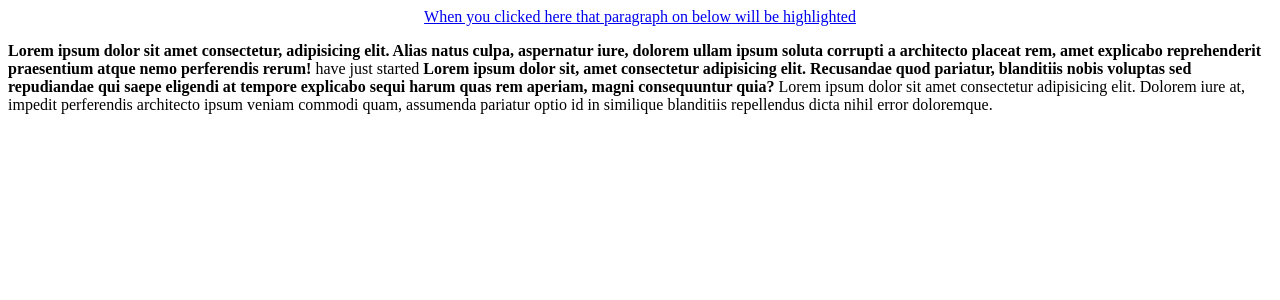
Repository: HoangDuy315/web-dev2022
Page: hw151022/ex2/ex2.5/index.html
An editor plug-in stored every save of this project. The page is shown before and after the next save, followed by the edit.
The browser window is 1280 px wide. The pictures show the whole page.

Above is the page before, as saved 2022-10-15 15:30:09.

### hw151022/ex2/ex2.5/index.html
<html lang="en">
  <head>
    <meta charset="UTF-8" />
    <meta http-equiv="X-UA-Compatible" content="IE=edge" />
    <meta name="viewport" content="width=device-width, initial-scale=1.0" />
    <link rel="stylesheet" href="./style.css" />
    <title>Document</title>
  </head>
  <body>
    <p class="para">
      <a
        class="paras"
        href="#"
        onMouseOver="highlight()"
        onMouseOut="return_normal()"
        >When you clicked here that paragraph on below will be highlighted</a
      >
    </p>
    <p>
      <strong
        >Lorem ipsum dolor sit amet consectetur, adipisicing elit. Alias natus
        culpa, aspernatur iure, dolorem ullam ipsum soluta corrupti a architecto
        placeat rem, amet explicabo reprehenderit praesentium atque nemo
        perferendis rerum!</strong
      >
      have just started
      <strong
        >Lorem ipsum dolor sit, amet consectetur adipisicing elit. Recusandae
        quod pariatur, blanditiis nobis voluptas sed repudiandae qui saepe
        eligendi at tempore explicabo sequi harum quas rem aperiam, magni
        consequuntur quia?</strong
      >
      Lorem ipsum dolor sit amet consectetur adipisicing elit. Dolorem iure at,
      impedit perferendis architecto ipsum veniam commodi quam, assumenda
      pariatur optio id in similique blanditiis repellendus dicta nihil error
      doloremque.
    </p>
  </body>

  <script src="./index.js"></script>
</html>

### hw151022/ex2/ex2.5/style.css
.para {
  text-decoration: none;
  text-align: center;
}

### hw151022/ex2/ex2.5/index.js
var bold_Items;
window.onload = getBold_items();

// Collect all <strong> tags
function getBold_items() {
  bold_Items = document.getElementsByTagName("strong");
}
// iterate all bold tags and change color
function highlight() {
  for (var i = 0; i < bold_Items.length; i++) {
    bold_Items[i].style.color = "green";
  }
}

// On mouse out highlighted words become black
function return_normal() {
  for (var i = 0; i < bold_Items.length; i++) {
    bold_Items[i].style.color = "black";
  }
}

After the next save:
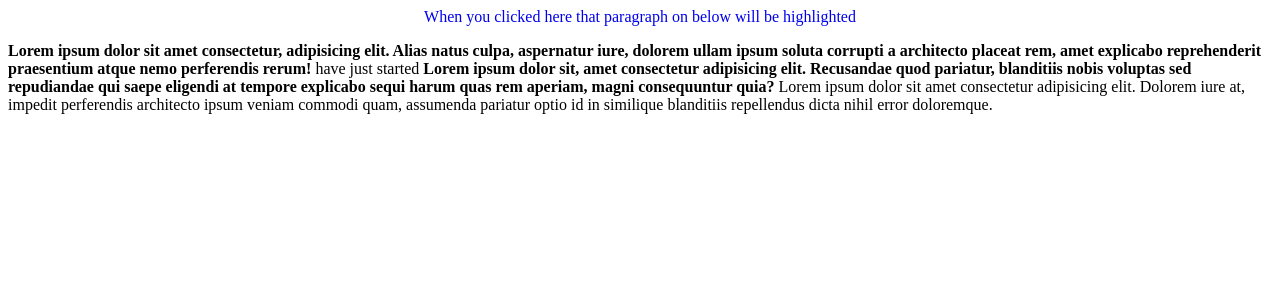
Saved 10 s later.
--- a/hw151022/ex2/ex2.5/style.css
+++ b/hw151022/ex2/ex2.5/style.css
@@ -2,3 +2,7 @@
   text-decoration: none;
   text-align: center;
 }
+
+.paras {
+  text-decoration: none;
+}
